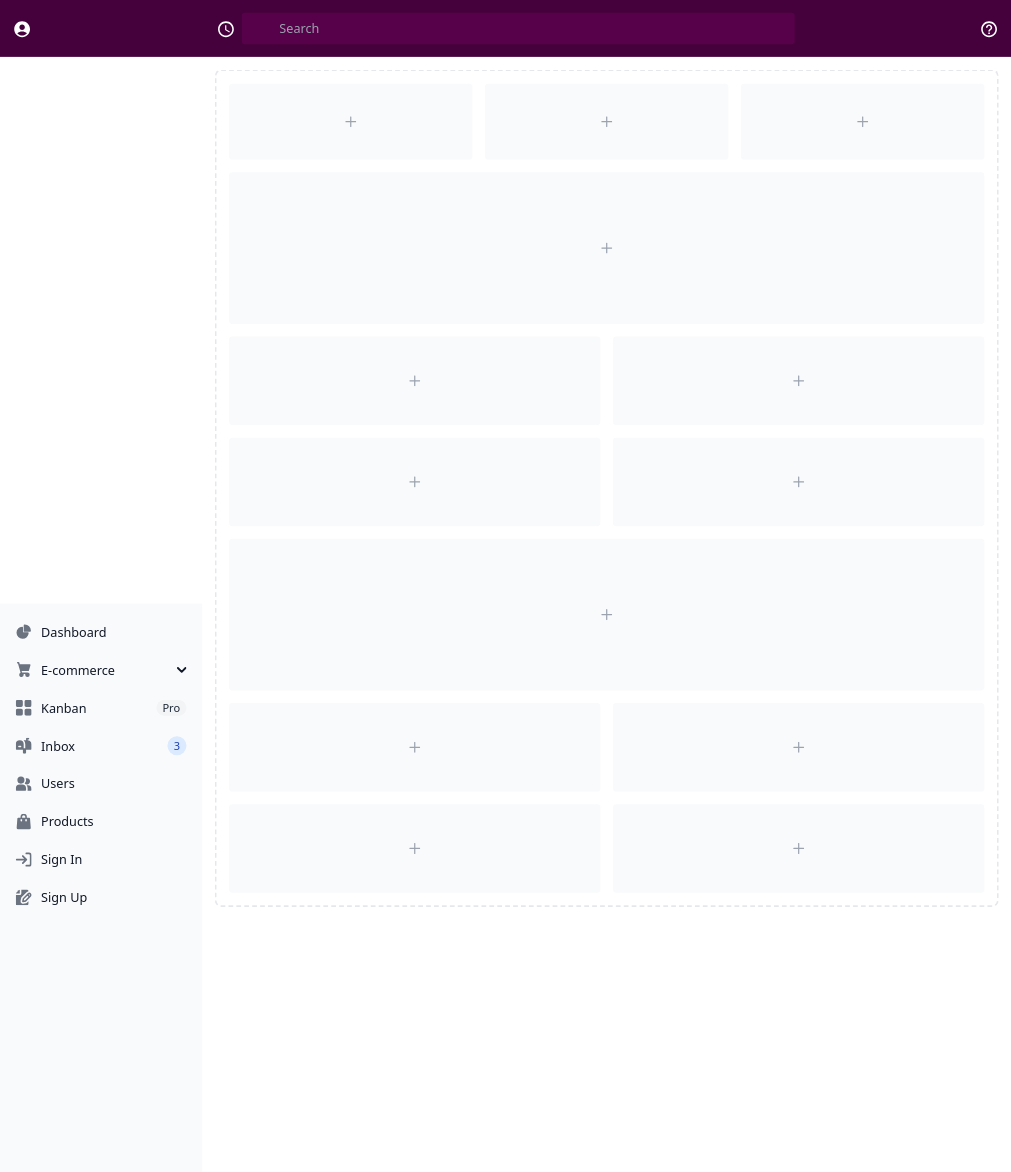
Repository: Shamraiz761/Slack_clone
Page: /
The author's editor kept a copy of each file at every save. The page is drawn from the files as they stood at one save, then again after a run of saves.
The browser window is 1280 px wide. The pictures show the whole page, at 79% of full size.
The project was rebuilt for these pictures with package versions that can differ from the ones it lists, and the page was loaded fresh each time. Also part of the build but not shown: vite.config.js.

Above is the page before, as saved 2024-01-14 18:48:10.

### src/App.jsx

import React from 'react'
import Header from './components/header/Header'
import Sidebar from './components/sidebar/Sidebar'
function App() {

  return (
  <div className="">
    <div>
      <Header />
      </div>

      <Sidebar />
      {/* Other main content goes here */}
    </div>
  )
}

export default App

### src/components/sidebar/Sidebar.jsx
import React from "react";

function Sidebar() {
  return (
    <div className="relative">
      <button
        data-drawer-target="sidebar-multi-level-sidebar"
        data-drawer-toggle="sidebar-multi-level-sidebar"
        aria-controls="sidebar-multi-level-sidebar"
        type="button"
        className="inline-flex items-center p-2 mt-2 ms-3 text-sm text-gray-500 rounded-lg sm:hidden hover:bg-gray-100 focus:outline-none focus:ring-2 focus:ring-gray-200 dark:text-gray-400 dark:hover:bg-gray-700 dark:focus:ring-gray-600"
      >
        <span className="sr-only">Open sidebar</span>
        <svg
          className="w-6 h-6"
          aria-hidden="true"
          fill="currentColor"
          viewBox="0 0 20 20"
          xmlns="http://www.w3.org/2000/svg"
        >
          <path
            clip-rule="evenodd"
            fill-rule="evenodd"
            d="M2 4.75A.75.75 0 012.75 4h14.5a.75.75 0 010 1.5H2.75A.75.75 0 012 4.75zm0 10.5a.75.75 0 01.75-.75h7.5a.75.75 0 010 1.5h-7.5a.75.75 0 01-.75-.75zM2 10a.75.75 0 01.75-.75h14.5a.75.75 0 010 1.5H2.75A.75.75 0 012 10z"
          ></path>
        </svg>
      </button>

      <aside
        id="sidebar-multi-level-sidebar"
        className="absolute top-full left-0 mt-[-400px] w-64 h-screen transition-transform -translate-x-full sm:translate-x-0"
        aria-label="Sidebar"
      >
        <div className="h-full px-3 py-4 overflow-y-auto bg-gray-50 dark:bg-gray-800">
          <ul className="space-y-2 font-medium">
            <li>
              <a
                href="#"
                className="flex items-center p-2 text-gray-900 rounded-lg dark:text-white hover:bg-gray-100 dark:hover:bg-gray-700 group"
              >
                <svg
                  className="w-5 h-5 text-gray-500 transition duration-75 dark:text-gray-400 group-hover:text-gray-900 dark:group-hover:text-white"
                  aria-hidden="true"
                  xmlns="http://www.w3.org/2000/svg"
                  fill="currentColor"
                  viewBox="0 0 22 21"
                >
                  <path d="M16.975 11H10V4.025a1 1 0 0 0-1.066-.998 8.5 8.5 0 1 0 9.039 9.039.999.999 0 0 0-1-1.066h.002Z" />
                  <path d="M12.5 0c-.157 0-.311.01-.565.027A1 1 0 0 0 11 1.02V10h8.975a1 1 0 0 0 1-.935c.013-.188.028-.374.028-.565A8.51 8.51 0 0 0 12.5 0Z" />
                </svg>
                <span className="ms-3">Dashboard</span>
              </a>
            </li>
            <li>
              <button
                type="button"
                className="flex items-center w-full p-2 text-base text-gray-900 transition duration-75 rounded-lg group hover:bg-gray-100 dark:text-white dark:hover:bg-gray-700"
                aria-controls="dropdown-example"
                data-collapse-toggle="dropdown-example"
              >
                <svg
                  className="flex-shrink-0 w-5 h-5 text-gray-500 transition duration-75 group-hover:text-gray-900 dark:text-gray-400 dark:group-hover:text-white"
                  aria-hidden="true"
                  xmlns="http://www.w3.org/2000/svg"
                  fill="currentColor"
                  viewBox="0 0 18 21"
                >
                  <path d="M15 12a1 1 0 0 0 .962-.726l2-7A1 1 0 0 0 17 3H3.77L3.175.745A1 1 0 0 0 2.208 0H1a1 1 0 0 0 0 2h.438l.6 2.255v.019l2 7 .746 2.986A3 3 0 1 0 9 17a2.966 2.966 0 0 0-.184-1h2.368c-.118.32-.18.659-.184 1a3 3 0 1 0 3-3H6.78l-.5-2H15Z" />
                </svg>
                <span className="flex-1 ms-3 text-left rtl:text-right whitespace-nowrap">
                  E-commerce
                </span>
                <svg
                  className="w-3 h-3"
                  aria-hidden="true"
                  xmlns="http://www.w3.org/2000/svg"
                  fill="none"
                  viewBox="0 0 10 6"
                >
                  <path
                    stroke="currentColor"
                    stroke-linecap="round"
                    stroke-linejoin="round"
                    stroke-width="2"
                    d="m1 1 4 4 4-4"
                  />
                </svg>
              </button>
              <ul id="dropdown-example" className="hidden py-2 space-y-2">
                <li>
                  <a
                    href="#"
                    className="flex items-center w-full p-2 text-gray-900 transition duration-75 rounded-lg pl-11 group hover:bg-gray-100 dark:text-white dark:hover:bg-gray-700"
                  >
                    Products
                  </a>
                </li>
                <li>
                  <a
                    href="#"
                    className="flex items-center w-full p-2 text-gray-900 transition duration-75 rounded-lg pl-11 group hover:bg-gray-100 dark:text-white dark:hover:bg-gray-700"
                  >
                    Billing
                  </a>
                </li>
                <li>
                  <a
                    href="#"
                    className="flex items-center w-full p-2 text-gray-900 transition duration-75 rounded-lg pl-11 group hover:bg-gray-100 dark:text-white dark:hover:bg-gray-700"
                  >
                    Invoice
                  </a>
                </li>
              </ul>
            </li>
            <li>
              <a
                href="#"
                className="flex items-center p-2 text-gray-900 rounded-lg dark:text-white hover:bg-gray-100 dark:hover:bg-gray-700 group"
              >
                <svg
                  className="flex-shrink-0 w-5 h-5 text-gray-500 transition duration-75 dark:text-gray-400 group-hover:text-gray-900 dark:group-hover:text-white"
                  aria-hidden="true"
                  xmlns="http://www.w3.org/2000/svg"
                  fill="currentColor"
                  viewBox="0 0 18 18"
                >
                  <path d="M6.143 0H1.857A1.857 1.857 0 0 0 0 1.857v4.286C0 7.169.831 8 1.857 8h4.286A1.857 1.857 0 0 0 8 6.143V1.857A1.857 1.857 0 0 0 6.143 0Zm10 0h-4.286A1.857 1.857 0 0 0 10 1.857v4.286C10 7.169 10.831 8 11.857 8h4.286A1.857 1.857 0 0 0 18 6.143V1.857A1.857 1.857 0 0 0 16.143 0Zm-10 10H1.857A1.857 1.857 0 0 0 0 11.857v4.286C0 17.169.831 18 1.857 18h4.286A1.857 1.857 0 0 0 8 16.143v-4.286A1.857 1.857 0 0 0 6.143 10Zm10 0h-4.286A1.857 1.857 0 0 0 10 11.857v4.286c0 1.026.831 1.857 1.857 1.857h4.286A1.857 1.857 0 0 0 18 16.143v-4.286A1.857 1.857 0 0 0 16.143 10Z" />
                </svg>
                <span className="flex-1 ms-3 whitespace-nowrap">Kanban</span>
                <span className="inline-flex items-center justify-center px-2 ms-3 text-sm font-medium text-gray-800 bg-gray-100 rounded-full dark:bg-gray-700 dark:text-gray-300">
                  Pro
                </span>
              </a>
            </li>
            <li>
              <a
                href="#"
                className="flex items-center p-2 text-gray-900 rounded-lg dark:text-white hover:bg-gray-100 dark:hover:bg-gray-700 group"
              >
                <svg
                  className="flex-shrink-0 w-5 h-5 text-gray-500 transition duration-75 dark:text-gray-400 group-hover:text-gray-900 dark:group-hover:text-white"
                  aria-hidden="true"
                  xmlns="http://www.w3.org/2000/svg"
                  fill="currentColor"
                  viewBox="0 0 20 20"
                >
                  <path d="m17.418 3.623-.018-.008a6.713 6.713 0 0 0-2.4-.569V2h1a1 1 0 1 0 0-2h-2a1 1 0 0 0-1 1v2H9.89A6.977 6.977 0 0 1 12 8v5h-2V8A5 5 0 1 0 0 8v6a1 1 0 0 0 1 1h8v4a1 1 0 0 0 1 1h2a1 1 0 0 0 1-1v-4h6a1 1 0 0 0 1-1V8a5 5 0 0 0-2.582-4.377ZM6 12H4a1 1 0 0 1 0-2h2a1 1 0 0 1 0 2Z" />
                </svg>
                <span className="flex-1 ms-3 whitespace-nowrap">Inbox</span>
                <span className="inline-flex items-center justify-center w-3 h-3 p-3 ms-3 text-sm font-medium text-blue-800 bg-blue-100 rounded-full dark:bg-blue-900 dark:text-blue-300">
                  3
                </span>
              </a>
            </li>
            <li>
              <a
                href="#"
                className="flex items-center p-2 text-gray-900 rounded-lg dark:text-white hover:bg-gray-100 dark:hover:bg-gray-700 group"
              >
                <svg
                  className="flex-shrink-0 w-5 h-5 text-gray-500 transition duration-75 dark:text-gray-400 group-hover:text-gray-900 dark:group-hover:text-white"
                  aria-hidden="true"
                  xmlns="http://www.w3.org/2000/svg"
                  fill="currentColor"
                  viewBox="0 0 20 18"
                >
                  <path d="M14 2a3.963 3.963 0 0 0-1.4.267 6.439 6.439 0 0 1-1.331 6.638A4 4 0 1 0 14 2Zm1 9h-1.264A6.957 6.957 0 0 1 15 15v2a2.97 2.97 0 0 1-.184 1H19a1 1 0 0 0 1-1v-1a5.006 5.006 0 0 0-5-5ZM6.5 9a4.5 4.5 0 1 0 0-9 4.5 4.5 0 0 0 0 9ZM8 10H5a5.006 5.006 0 0 0-5 5v2a1 1 0 0 0 1 1h11a1 1 0 0 0 1-1v-2a5.006 5.006 0 0 0-5-5Z" />
                </svg>
                <span className="flex-1 ms-3 whitespace-nowrap">Users</span>
              </a>
            </li>
            <li>
              <a
                href="#"
                className="flex items-center p-2 text-gray-900 rounded-lg dark:text-white hover:bg-gray-100 dark:hover:bg-gray-700 group"
              >
                <svg
                  className="flex-shrink-0 w-5 h-5 text-gray-500 transition duration-75 dark:text-gray-400 group-hover:text-gray-900 dark:group-hover:text-white"
                  aria-hidden="true"
                  xmlns="http://www.w3.org/2000/svg"
                  fill="currentColor"
                  viewBox="0 0 18 20"
                >
                  <path d="M17 5.923A1 1 0 0 0 16 5h-3V4a4 4 0 1 0-8 0v1H2a1 1 0 0 0-1 .923L.086 17.846A2 2 0 0 0 2.08 20h13.84a2 2 0 0 0 1.994-2.153L17 5.923ZM7 9a1 1 0 0 1-2 0V7h2v2Zm0-5a2 2 0 1 1 4 0v1H7V4Zm6 5a1 1 0 1 1-2 0V7h2v2Z" />
                </svg>
                <span className="flex-1 ms-3 whitespace-nowrap">Products</span>
              </a>
            </li>
            <li>
              <a
                href="#"
                className="flex items-center p-2 text-gray-900 rounded-lg dark:text-white hover:bg-gray-100 dark:hover:bg-gray-700 group"
              >
                <svg
                  className="flex-shrink-0 w-5 h-5 text-gray-500 transition duration-75 dark:text-gray-400 group-hover:text-gray-900 dark:group-hover:text-white"
                  aria-hidden="true"
                  xmlns="http://www.w3.org/2000/svg"
                  fill="none"
                  viewBox="0 0 18 16"
                >
                  <path
                    stroke="currentColor"
                    stroke-linecap="round"
                    stroke-linejoin="round"
                    stroke-width="2"
                    d="M1 8h11m0 0L8 4m4 4-4 4m4-11h3a2 2 0 0 1 2 2v10a2 2 0 0 1-2 2h-3"
                  />
                </svg>
                <span className="flex-1 ms-3 whitespace-nowrap">Sign In</span>
              </a>
            </li>
            <li>
              <a
                href="#"
                className="flex items-center p-2 text-gray-900 rounded-lg dark:text-white hover:bg-gray-100 dark:hover:bg-gray-700 group"
              >
                <svg
                  className="flex-shrink-0 w-5 h-5 text-gray-500 transition duration-75 dark:text-gray-400 group-hover:text-gray-900 dark:group-hover:text-white"
                  aria-hidden="true"
                  xmlns="http://www.w3.org/2000/svg"
                  fill="currentColor"
                  viewBox="0 0 20 20"
                >
                  <path d="M5 5V.13a2.96 2.96 0 0 0-1.293.749L.879 3.707A2.96 2.96 0 0 0 .13 5H5Z" />
                  <path d="M6.737 11.061a2.961 2.961 0 0 1 .81-1.515l6.117-6.116A4.839 4.839 0 0 1 16 2.141V2a1.97 1.97 0 0 0-1.933-2H7v5a2 2 0 0 1-2 2H0v11a1.969 1.969 0 0 0 1.933 2h12.134A1.97 1.97 0 0 0 16 18v-3.093l-1.546 1.546c-.413.413-.94.695-1.513.81l-3.4.679a2.947 2.947 0 0 1-1.85-.227 2.96 2.96 0 0 1-1.635-3.257l.681-3.397Z" />
                  <path d="M8.961 16a.93.93 0 0 0 .189-.019l3.4-.679a.961.961 0 0 0 .49-.263l6.118-6.117a2.884 2.884 0 0 0-4.079-4.078l-6.117 6.117a.96.96 0 0 0-.263.491l-.679 3.4A.961.961 0 0 0 8.961 16Zm7.477-9.8a.958.958 0 0 1 .68-.281.961.961 0 0 1 .682 1.644l-.315.315-1.36-1.36.313-.318Zm-5.911 5.911 4.236-4.236 1.359 1.359-4.236 4.237-1.7.339.341-1.699Z" />
                </svg>
                <span className="flex-1 ms-3 whitespace-nowrap">Sign Up</span>
              </a>
            </li>
          </ul>
        </div>
      </aside>

      <div className="p-4 sm:ml-64">
        <div className="p-4 border-2 border-gray-200 border-dashed rounded-lg dark:border-gray-700">
          <div className="grid grid-cols-3 gap-4 mb-4">
            <div className="flex items-center justify-center h-24 rounded bg-gray-50 dark:bg-gray-800">
              <p className="text-2xl text-gray-400 dark:text-gray-500">
                <svg
                  className="w-3.5 h-3.5"
                  aria-hidden="true"
                  xmlns="http://www.w3.org/2000/svg"
                  fill="none"
                  viewBox="0 0 18 18"
                >
                  <path
                    stroke="currentColor"
                    stroke-linecap="round"
                    stroke-linejoin="round"
                    stroke-width="2"
                    d="M9 1v16M1 9h16"
                  />
                </svg>
              </p>
            </div>
            <div className="flex items-center justify-center h-24 rounded bg-gray-50 dark:bg-gray-800">
              <p className="text-2xl text-gray-400 dark:text-gray-500">
                <svg
                  className="w-3.5 h-3.5"
                  aria-hidden="true"
                  xmlns="http://www.w3.org/2000/svg"
                  fill="none"
                  viewBox="0 0 18 18"
                >
                  <path
                    stroke="currentColor"
                    stroke-linecap="round"
                    stroke-linejoin="round"
                    stroke-width="2"
                    d="M9 1v16M1 9h16"
                  />
                </svg>
              </p>
            </div>
            <div className="flex items-center justify-center h-24 rounded bg-gray-50 dark:bg-gray-800">
              <p className="text-2xl text-gray-400 dark:text-gray-500">
                <svg
                  className="w-3.5 h-3.5"
                  aria-hidden="true"
                  xmlns="http://www.w3.org/2000/svg"
                  fill="none"
                  viewBox="0 0 18 18"
                >
                  <path
                    stroke="currentColor"
                    stroke-linecap="round"
                    stroke-linejoin="round"
                    stroke-width="2"
                    d="M9 1v16M1 9h16"
                  />
                </svg>
              </p>
            </div>
          </div>
          <div className="flex items-center justify-center h-48 mb-4 rounded bg-gray-50 dark:bg-gray-800">
            <p className="text-2xl text-gray-400 dark:text-gray-500">
              <svg
                className="w-3.5 h-3.5"
                aria-hidden="true"
                xmlns="http://www.w3.org/2000/svg"
                fill="none"
                viewBox="0 0 18 18"
              >
                <path
                  stroke="currentColor"
                  stroke-linecap="round"
                  stroke-linejoin="round"
                  stroke-width="2"
                  d="M9 1v16M1 9h16"
                />
              </svg>
            </p>
          </div>
          <div className="grid grid-cols-2 gap-4 mb-4">
            <div className="flex items-center justify-center rounded bg-gray-50 h-28 dark:bg-gray-800">
              <p className="text-2xl text-gray-400 dark:text-gray-500">
                <svg
                  className="w-3.5 h-3.5"
                  aria-hidden="true"
                  xmlns="http://www.w3.org/2000/svg"
                  fill="none"
                  viewBox="0 0 18 18"
                >
                  <path
                    stroke="currentColor"
                    stroke-linecap="round"
                    stroke-linejoin="round"
                    stroke-width="2"
                    d="M9 1v16M1 9h16"
                  />
                </svg>
              </p>
            </div>
            <div className="flex items-center justify-center rounded bg-gray-50 h-28 dark:bg-gray-800">
              <p className="text-2xl text-gray-400 dark:text-gray-500">
                <svg
                  className="w-3.5 h-3.5"
                  aria-hidden="true"
                  xmlns="http://www.w3.org/2000/svg"
                  fill="none"
                  viewBox="0 0 18 18"
                >
                  <path
                    stroke="currentColor"
                    stroke-linecap="round"
                    stroke-linejoin="round"
                    stroke-width="2"
                    d="M9 1v16M1 9h16"
                  />
                </svg>
              </p>
            </div>
            <div className="flex items-center justify-center rounded bg-gray-50 h-28 dark:bg-gray-800">
              <p className="text-2xl text-gray-400 dark:text-gray-500">
                <svg
                  className="w-3.5 h-3.5"
                  aria-hidden="true"
                  xmlns="http://www.w3.org/2000/svg"
                  fill="none"
                  viewBox="0 0 18 18"
                >
                  <path
                    stroke="currentColor"
                    stroke-linecap="round"
                    stroke-linejoin="round"
                    stroke-width="2"
                    d="M9 1v16M1 9h16"
                  />
                </svg>
              </p>
            </div>
            <div className="flex items-center justify-center rounded bg-gray-50 h-28 dark:bg-gray-800">
              <p className="text-2xl text-gray-400 dark:text-gray-500">
                <svg
                  className="w-3.5 h-3.5"
                  aria-hidden="true"
                  xmlns="http://www.w3.org/2000/svg"
                  fill="none"
                  viewBox="0 0 18 18"
                >
                  <path
                    stroke="currentColor"
                    stroke-linecap="round"
                    stroke-linejoin="round"
                    stroke-width="2"
                    d="M9 1v16M1 9h16"
                  />
                </svg>
              </p>
            </div>
          </div>
          <div className="flex items-center justify-center h-48 mb-4 rounded bg-gray-50 dark:bg-gray-800">
            <p className="text-2xl text-gray-400 dark:text-gray-500">
              <svg
                className="w-3.5 h-3.5"
                aria-hidden="true"
                xmlns="http://www.w3.org/2000/svg"
                fill="none"
                viewBox="0 0 18 18"
              >
                <path
                  stroke="currentColor"
                  stroke-linecap="round"
                  stroke-linejoin="round"
                  stroke-width="2"
                  d="M9 1v16M1 9h16"
                />
              </svg>
            </p>
          </div>
          <div className="grid grid-cols-2 gap-4">
            <div className="flex items-center justify-center rounded bg-gray-50 h-28 dark:bg-gray-800">
              <p className="text-2xl text-gray-400 dark:text-gray-500">
                <svg
                  className="w-3.5 h-3.5"
                  aria-hidden="true"
                  xmlns="http://www.w3.org/2000/svg"
                  fill="none"
                  viewBox="0 0 18 18"
                >
                  <path
                    stroke="currentColor"
                    stroke-linecap="round"
                    stroke-linejoin="round"
                    stroke-width="2"
                    d="M9 1v16M1 9h16"
                  />
                </svg>
              </p>
            </div>
            <div className="flex items-center justify-center rounded bg-gray-50 h-28 dark:bg-gray-800">
              <p className="text-2xl text-gray-400 dark:text-gray-500">
                <svg
                  className="w-3.5 h-3.5"
                  aria-hidden="true"
                  xmlns="http://www.w3.org/2000/svg"
                  fill="none"
                  viewBox="0 0 18 18"
                >
                  <path
                    stroke="currentColor"
                    stroke-linecap="round"
                    stroke-linejoin="round"
                    stroke-width="2"
                    d="M9 1v16M1 9h16"
                  />
                </svg>
              </p>
            </div>
            <div className="flex items-center justify-center rounded bg-gray-50 h-28 dark:bg-gray-800">
              <p className="text-2xl text-gray-400 dark:text-gray-500">
                <svg
                  className="w-3.5 h-3.5"
                  aria-hidden="true"
                  xmlns="http://www.w3.org/2000/svg"
                  fill="none"
                  viewBox="0 0 18 18"
                >
                  <path
                    stroke="currentColor"
                    stroke-linecap="round"
                    stroke-linejoin="round"
                    stroke-width="2"
                    d="M9 1v16M1 9h16"
                  />
                </svg>
              </p>
            </div>
            <div className="flex items-center justify-center rounded bg-gray-50 h-28 dark:bg-gray-800">
              <p className="text-2xl text-gray-400 dark:text-gray-500">
                <svg
                  className="w-3.5 h-3.5"
                  aria-hidden="true"
                  xmlns="http://www.w3.org/2000/svg"
                  fill="none"
                  viewBox="0 0 18 18"
                >
                  <path
                    stroke="currentColor"
                    stroke-linecap="round"
                    stroke-linejoin="round"
                    stroke-width="2"
                    d="M9 1v16M1 9h16"
                  />
                </svg>
              </p>
            </div>
          </div>
        </div>
      </div>
    </div>
  );
}

export default Sidebar;

Loaded but not shown: index.html (common file); src/main.jsx (common file); src/index.css (common file); tailwind.config.js (common file); src/components/header/Header.jsx (48 lines, source omitted)

After the next 2 saves:
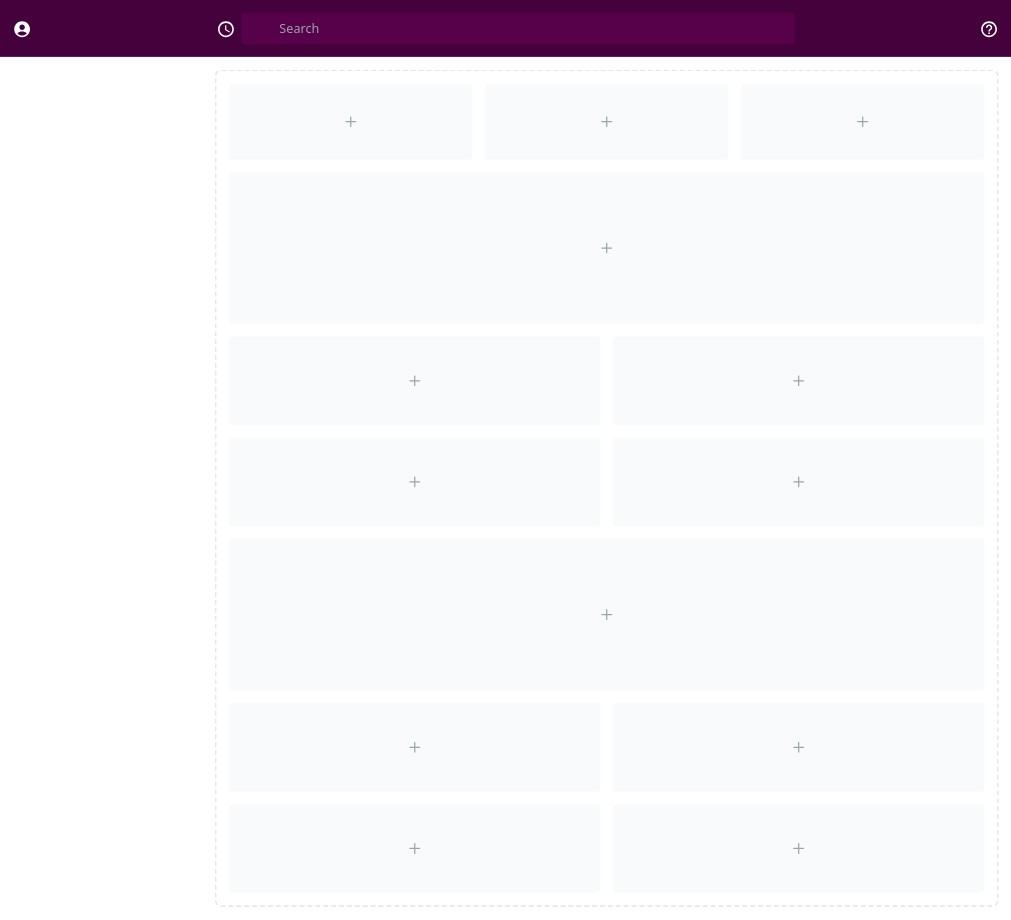
The 2 saves are shown as one change because they came seconds apart.
The last was saved 14 s later.
--- a/src/components/sidebar/Sidebar.jsx
+++ b/src/components/sidebar/Sidebar.jsx
@@ -28,7 +28,7 @@ function Sidebar() {
 
       <aside
         id="sidebar-multi-level-sidebar"
-        className="absolute top-full left-0 mt-[-400px] w-64 h-screen transition-transform -translate-x-full sm:translate-x-0"
+        className="absolute top-full left-0 mt-[-2000px] w-64 h-screen transition-transform -translate-x-full sm:translate-x-0"
         aria-label="Sidebar"
       >
         <div className="h-full px-3 py-4 overflow-y-auto bg-gray-50 dark:bg-gray-800">
